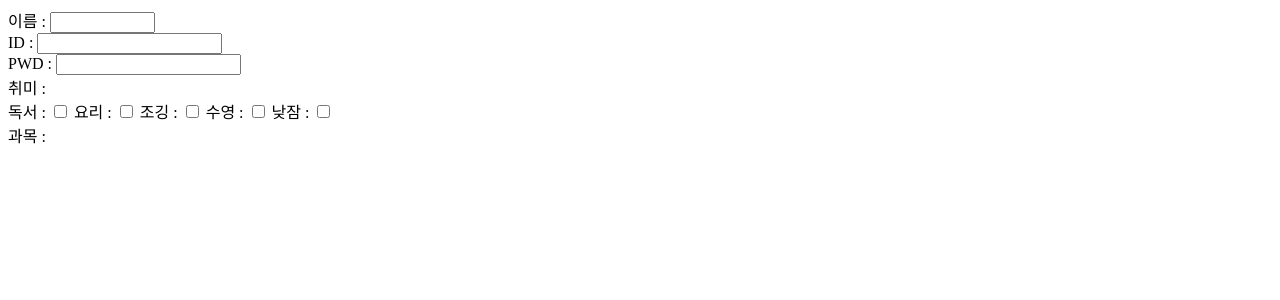
Repository: HongEunbeen/JSP-code
Page: http://localhost/StartJSP/Servlet.jsp
The author's editor kept a copy of each file at every save. The page is drawn from the files as they stood at one save, then again after the next save.
The browser window is 1280 px wide. The pictures show the whole page.
The page is served by Tomcat 9.

Above is the page before, as saved 2019-04-01 00:35:00.

After the next save:
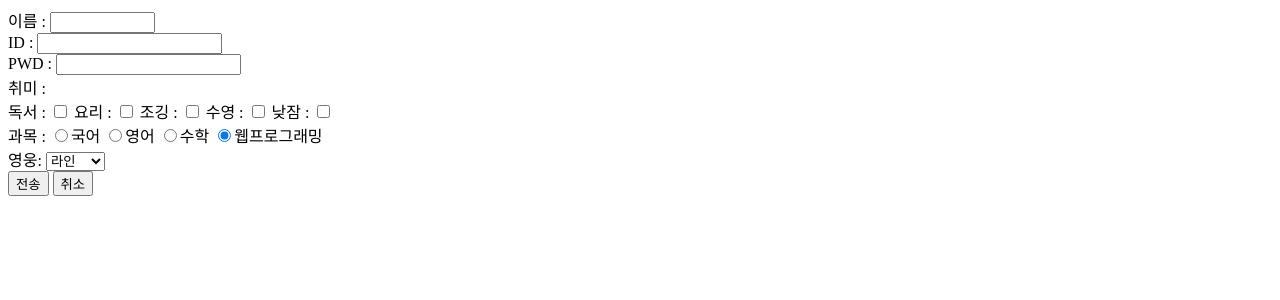
Saved 25 s later.
--- a/StartJSP/WebContent/Servlet.jsp
+++ b/StartJSP/WebContent/Servlet.jsp
@@ -7,7 +7,7 @@
 <title>Insert title here</title>
 </head>
 <body>
-	<form action = "servletProc">
+	<form action = "servletProc" method = "post">
 		이름 : <input type = "text" name = "name" size = "10"><br>
 		ID : <input type = "text" name = "id"><br>
 		PWD : <input type = "password" name = "pwd"><br>
@@ -19,6 +19,20 @@
 		낮잠 : <input type = "checkbox" value = "hobby" value = "sleep">
 		<br>
 		과목 :
+			<input type="radio" name="major" value="kor">국어
+			<input type="radio" name="major" value="eng">영어
+			<input type="radio" name="major" value="mat">수학
+			<input type="radio" name="major" value="jsp" checked>웹프로그래밍<br>
+		영웅:
+			<select name = "hero">
+				<option value="line">라인</option>
+				<option value="kengi">겐지</option>
+				<option value="junk">정크랫</option>
+				<option value="mersi">메르시</option>
+			</select><br>
+		<input type="submit" value="전송">
+		<input type="reset" value="취소">
+
 	</form>
 </body>
 </html>
